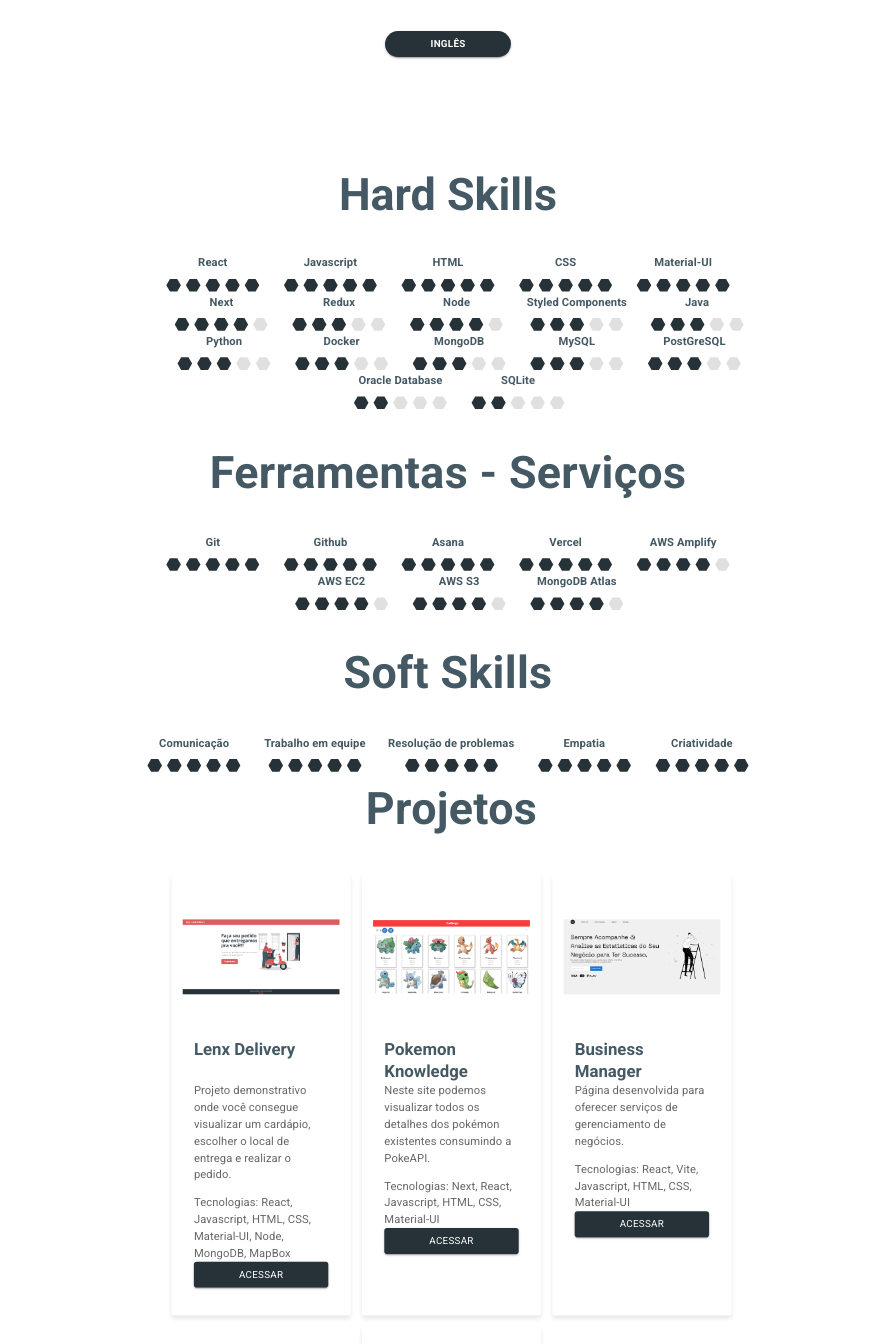
Repository: lenx0/myportfolio
Page: /
These files come from the project's save history. The page is drawn as it stood at one moment and after the next save; the edit follows.
The browser window is 1280 px wide. The pictures show the part of the page from y = 1628 to 3548 px (the page is 5166 px tall before and 5148 px after), at 70% of full size.
The project was rebuilt for these pictures with package versions that can differ from the ones it lists, and the page was loaded fresh each time. Also part of the build but not shown: vite.config.js.

Above is the page before, as saved 2024-06-14 10:29:23.

### index.html
<!doctype html>
<html lang="en">
  <head>
    <meta charset="UTF-8" />
    <link href="https://fonts.googleapis.com/css2?family=Roboto:wght@200;400;700;900&display=swap" rel="stylesheet">
    <meta name="viewport" content="width=device-width, initial-scale=1.0" />
    <title>Portfólio</title>
  </head>
  <body>
    <div id="root"></div>
    <script type="module" src="/src/main.jsx"></script>
  </body>
</html>

### src/main.jsx
import React from "react";
import ReactDOM from "react-dom/client";
import App from "./App.jsx";
import { ThemeProvider } from "@emotion/react";
import theme from "./components/Styles/theme";
import "swiper/css";
import "swiper/css/navigation";
import "swiper/css/pagination";

ReactDOM.createRoot(document.getElementById("root")).render(
  <React.StrictMode>
    <ThemeProvider theme={theme}>
      <App />
    </ThemeProvider>
  </React.StrictMode>
);

### src/App.jsx
import React from "react";
import { Box } from "@mui/material";
import Header from "./components/Header";
import Home from "./components/Home";
import About from "./components/About";
import Projects from "./components/Projects";
import "./global.css";
import Experience from "./components/Experiences";
import Footer from "./components/Footer";
import HardSkills from "./components/HardSkills";

function App() {
  const mainContainerStyle = {
    margin: "0 auto",
    padding: "0 10%",
    maxWidth: "1600px",
  };

  const aboutContainerStyle = {
    display: "flex",
    flexDirection: "column",
    alignItems: "center",
    padding: "0 10%",
    maxWidth: "1200px",
    margin: "0 auto",
  };

  return (
    <React.Fragment>
      <Box sx={mainContainerStyle}>
        <Header />
        <Home />
      </Box>
      <Box sx={aboutContainerStyle}>
        <About />
        <HardSkills />
      </Box>
      <Box sx={mainContainerStyle}>
        <Projects />
        <Experience />
      </Box>
      <Footer />
    </React.Fragment>
  );
}

export default App;

### src/components/Header/index.jsx
import React from "react";
import { Typography, Box, Link } from "@mui/material";
import Logo from "/assets/logos/logo.svg";
import GithubIcon from "/assets/icons/Github.svg";
import LinkedinIcon from "/assets/icons/Linkedin.svg";
import scrollToSection from "../Utility/scroll";

const Header = () => {
  const menuItems = [
    { label: "Home", id: "home-section" },
    { label: "Sobre", id: "about-section" },
    { label: "Projetos", id: "projects-section" },
    { label: "Experiências", id: "experience-section" },
    { label: "Habilidades", id: "hardskills-section" },
    { label: "Contato", id: "contact-section" },
  ];

  const headerStyles = {
    display: "flex",
    alignItems: "center",
    justifyContent: "space-between",
    mt: "20px",
    px: 2,
  };

  const logoContainerStyles = {
    display: "flex",
    alignItems: "center",
    flex: 1,
  };

  const menuContainerStyles = {
    display: { xs: "none", md: "flex" },
    gap: "24px",
    color: "#445964",
    flex: 2,
    justifyContent: "center",
  };

  const iconContainerStyles = {
    display: "flex",
    gap: 2,
    pl: 3,
    flex: 1,
    justifyContent: "flex-end",
  };

  return (
    <Box component="header" sx={headerStyles}>
      <Box sx={logoContainerStyles}>
        <Box
          component="img"
          src={Logo}
          alt="Logo"
          sx={{ width: { xs: "40px", md: "auto" } }}
        />
        <Typography
          sx={{
            fontSize: { xs: 24, md: 36 },
            color: "#445964",
            fontWeight: 700,
            ml: 2,
          }}
        >
          Thiago Beraldo
        </Typography>
      </Box>
      <Box sx={menuContainerStyles}>
        {menuItems.map((item) => (
          <Typography
            key={item.label}
            sx={{ cursor: "pointer", fontWeight: 700, px: 2 }}
            onClick={() => scrollToSection(item.id)}
          >
            {item.label}
          </Typography>
        ))}
      </Box>
      <Box sx={iconContainerStyles}>
        <Link href="https://github.com/lenx0">
          <img
            src={GithubIcon}
            alt="Github Icon"
            style={{ marginTop: "0.3rem" }}
          />
        </Link>
        <Link href="https://www.linkedin.com/in/thiagoberaldo06">
          <img src={LinkedinIcon} alt="LinkedIn Icon" />
        </Link>
      </Box>
    </Box>
  );
};

export default Header;

### src/components/Home/index.jsx
import React from "react";
import { Box, Button, Grid, Typography } from "@mui/material";
import HomeArt from "/assets/images/Art1.svg";
import scrollToSection from "../Utility/scroll";

const Home = () => {
  return (
    <Grid mt={5} container direction="row" alignItems="center" wrap="nowrap">
      <Grid item xs={12} md={6}>
        <Typography variant="h3" sx={{ fontWeight: 700, color: "#445964", mb: 5 }}>
          Desenvolvedor Front-End
        </Typography>
        <Typography variant="h6" sx={{ fontWeight: 700, color: "#445964", mb: 5 }}>
          Seja bem-vindo(a) ao meu portfólio
        </Typography>
        <Button
          variant="contained"
          onClick={() => scrollToSection('about-section')}
          sx={{
            fontSize: 18,
            backgroundColor: "#263138",
            width: 310,
            height: 65,
            borderRadius: 20,
            mb: 5,
          }}
        >
          Saiba mais sobre mim
        </Button>
      </Grid>
      <Grid item xs={12} md={6}>
        <Box display="flex" justifyContent="center">
          <img src={HomeArt} alt="Home Art" style={{ maxWidth: "100%" }} />
        </Box>
      </Grid>
    </Grid>
  );
};

export default Home;

### src/components/Projects/index.jsx
import React from "react";
import { Grid, Typography } from "@mui/material";
import CustomCard from "./card";

const projectsData = [
  {
    title: "Lenx Delivery",
    images: generateImageArray("delivery", 3),
    access: "https://front-lenxdelivery.vercel.app",
    description:
      "Projeto demonstrativo onde você consegue visualizar um cardápio, escolher o local de entrega e realizar o pedido.",
    technologies:
      "Tecnologias: React, Javascript, HTML, CSS, Material-UI, Node, MongoDB, MapBox",
  },
  {
    title: "Pokemon Knowledge",
    images: generateImageArray("poke", 5),
    access: "https://poke-wiki-front.vercel.app",
    description:
      "Neste site podemos visualizar todos os detalhes dos pokémon existentes consumindo a PokeAPI.",
    technologies:
      "Tecnologias: Next, React, Javascript, HTML, CSS, Material-UI",
  },
  {
    title: "Business Manager",
    images: generateImageArray("manager", 5),
    access: "https://business-manager-liard.vercel.app",
    description:
      "Página desenvolvida para oferecer serviços de gerenciamento de negócios.",
    technologies:
      "Tecnologias: React, Vite, Javascript, HTML, CSS, Material-UI",
  },
  {
    title: "Pokedex",
    images: generateImageArray("pokedex", 1),
    access: "https://pokedex-mu-ten.vercel.app",
    description: "Pokedex com sprites animadas",
    technologies: "Tecnologias: Javascript, HTML, CSS",
  },
];

function generateImageArray(prefix, count) {
  const images = [];
  for (let i = 1; i <= count; i++) {
    images.push(`/assets/images/${prefix}${i}.png`);
  }
  return images;
}

const Projects = () => {
  return (
    <Grid id="projects-section" container gap={2} m="10px 5px 20px 5px" justifyContent="center">
      <Grid container justifyContent="center">
        <Grid item>
          <Typography
            variant="h4"
            mb={5}
            fontSize={64}
            fontWeight={700}
            color="#445964"
          >
            Projetos
          </Typography>
        </Grid>
      </Grid>
      {projectsData.map((project, index) => (
        <Grid item xs={12} sm={6} md={4} lg={3} key={index}>
          <CustomCard
            title={project.title}
            access={project.access}
            images={project.images}
            description={project.description}
            technologies={project.technologies}
          />
        </Grid>
      ))}
    </Grid>
  );
};

export default Projects;

### src/global.css
body {
    margin: 0;
    padding: 0;
    box-sizing: border-box;
    font-family: 'Roboto', sans-serif;
}

### src/components/Experiences/index.jsx
import React from "react";
import { Box, Typography, Paper, Grid } from "@mui/material";

const Experience = () => {
  const experiences = [
    {
      title: "Desenvolvedor júnior",
      company: "Alto Giro",
      date: "01.2022 - 07-2022",
      resume:
        `Na Alto Giro atuei desenvolvendo microsserviços para facilitar alguns processos dentro da empresa como RH e almoxarifado
        Pude desenvolver interfaces web utilizando tecnologias de ponta como React e Javascript. Também desenvolvi API's utilizando Node, express e mongoDB,`,
    },
    {
      title: "Desenvolvedor Front-end júnior",
      company: "AG.labs",
      date: "07.2022 - 04-2024",
      resume: `Atuei em um projeto desenvolvendo o front-end para um ERP da TOTSV da fase inicial ao lançamento, sistema este que hoje é utilizado pelos
        representantes e clientes da empresa Alto Giro.
        O projeto foi desenvolvimento pensando na praticidade, e velocidade para realizar vendas.
        Na Black Friday de 2023 a empresa conseguiu transacionar mais de 15 mil pedidos,
        alcançando um valor surpreendente de mais de 13 milhões.
        Possuo facilidade na resolução de problemas, boa comunicação, sei liderar quando
        necessário, me adapto bem a diferentes tecnologias, e o mais importante, tenho
        atitude positiva `,
    },
  ];

  return (
    <Box id="experience-section" sx={{ mt: 10, textAlign: "center", px: 2 }}>
      <Box height="auto">
        <Typography variant="h2" fontWeight={700} color="#445964">
          Experiência
        </Typography>
        <Typography
          variant="h4"
          fontWeight={700}
          color="#263138"
        >
          Profissional
        </Typography>
      </Box>
      <Typography sx={{ mt: 2, color: "#445964", fontSize: 16 }}>
        Minha jornada é curta, mas de muita dedicação e resiliência
      </Typography>
      <Grid container spacing={2} sx={{ mt: 5 }}>
        {experiences.map((experience, index) => (
          <Grid item xs={12} md={6} key={index}>
            <Paper
              elevation={3}
              sx={{
                p: 3,
                minHeight: "28vh",
                backgroundColor: "#263138",
                color: "white",
              }}
            >
              <Typography variant="h6" fontWeight={700}>
                {experience.title}
              </Typography>
              <Typography variant="h6" >
                {`${experience.company} - ${experience.date}`}
              </Typography>
              <Typography sx={{ mt: 1 }}>{experience.resume}</Typography>
            </Paper>
          </Grid>
        ))}
      </Grid>
      <Box sx={{ mt: 5 }}>
        <img src="/assets/icons/Quote.png" />
        <Typography
          sx={{ mt: 2, fontWeight: 700, fontSize: 18, color: "#445964" }}
        >
          “A mente que se abre a uma nova ideia jamais voltará ao seu tamanho
          original”
        </Typography>
        <Typography
          sx={{ mt: 2, fontSize: 18, fontWeight: 700, color: "#445964" }}
        >
          ~ Albert Einstein
        </Typography>
      </Box>
    </Box>
  );
};

export default Experience;

### src/components/Footer/index.jsx
import React from 'react';
import { Box, Link, Typography } from '@mui/material';
import FacebookIcon from '@mui/icons-material/Facebook';
import CopyrightIcon from '@mui/icons-material/Copyright';
import GitHubIcon from '@mui/icons-material/GitHub';
import LinkedInIcon from '@mui/icons-material/LinkedIn';

const Footer = () => {
    return (
        <Box id="contact-section" height="120px" mt={10} bgcolor="#263138" display="flex" flexDirection="column" alignItems="center" justifyContent="space-between">
            <Box flex={1} display="flex" justifyContent="center" alignItems="center">
                <Link href="https://www.facebook.com.br">
                    <FacebookIcon sx={{ color: '#ffffff', mx: 1 }} />
                </Link>
                <Link href="https://github.com/lenx0">
                    <GitHubIcon sx={{ color: '#ffffff', mx: 1 }} />
                </Link>
                <Link href="https://www.linkedin.com/in/thiagoberaldo06/">
                    <LinkedInIcon sx={{ color: '#ffffff', mx: 1 }} />
                </Link>
            </Box>
            <Typography color="#ffffff" mb={1} display="flex" alignItems="center">
                Todos os direitos reservados <CopyrightIcon sx={{ ml: 0.5, width: 15, height: 15, color: '#ffffff' }} />
            </Typography>
        </Box>
    );
}

export default Footer;

### src/components/HardSkills/index.jsx
import { Stack, Typography } from "@mui/material";
import SkillRating from "./rating";

const HardSkills = () => {
  return (
    <Stack id="hardskills-section" direction="row" gap={6} flexWrap="wrap" justifyContent="center">
      <Typography variant="h3" fontSize={64} fontWeight={700} color="#445964">
        Hard Skills
      </Typography>
      <Stack direction="row" spacing={4} flexWrap="wrap" p="0 50px 0 50px" justifyContent="center">
        <SkillRating skill="React" rating={5} />
        <SkillRating skill="Javascript" rating={5} />
        <SkillRating skill="HTML" rating={5} />
        <SkillRating skill="CSS" rating={5} />
        <SkillRating skill="Material-UI" rating={5} />
        <SkillRating skill="Next" rating={4} />
        <SkillRating skill="Redux" rating={3} />
        <SkillRating skill="Node" rating={4} />
        <SkillRating skill="Styled Components" rating={3} />
        <SkillRating skill="Java" rating={3} />
        <SkillRating skill="Python" rating={3} />
        <SkillRating skill="Docker" rating={3} />
        <SkillRating skill="MongoDB" rating={3} />
        <SkillRating skill="MySQL" rating={3} />
        <SkillRating skill="PostGreSQL" rating={3} />
        <SkillRating skill="Oracle Database" rating={2} />
        <SkillRating skill="SQLite" rating={2} />
      </Stack>
      <Typography variant="h4" fontSize={64} fontWeight={700} color="#445964">
        Ferramentas - Serviços
      </Typography>
      <Stack direction="row" spacing={4} flexWrap="wrap" p="0 50px 0 50px" justifyContent="center">
        <SkillRating skill="Git" rating={5} />
        <SkillRating skill="Github" rating={5} />
        <SkillRating skill="Asana" rating={5} />
        <SkillRating skill="Vercel" rating={5} />
        <SkillRating skill="AWS Amplify" rating={4} />
        <SkillRating skill="AWS EC2" rating={4} />
        <SkillRating skill="AWS S3" rating={4} />
        <SkillRating skill="MongoDB Atlas" rating={4} />
      </Stack>
      <Typography variant="h4" fontSize={64} fontWeight={700} color="#445964">
        Soft Skills
      </Typography>
      <Stack direction="row" spacing={4} flexWrap="wrap" p="0 50px 0 50px" justifyContent="center">
        <SkillRating skill="Comunicação" rating={5} />
        <SkillRating skill="Trabalho em equipe" rating={5} />
        <SkillRating skill="Resolução de problemas" rating={5} />
        <SkillRating skill="Empatia" rating={5} />
        <SkillRating skill="Criatividade" rating={5} />
      </Stack>
    </Stack>
  )

};

export default HardSkills;

### src/components/About/hexagon.jsx
import { Box, styled } from "@mui/material";

const HexagonContainer = styled(Box)(({ theme }) => ({
    // width: "100px",
    // height: "115.47px",
    width: "200px",
    height: "230.94px",
    // width: "300px",
    // height: "346.41px",
    position: "relative",
    clipPath: "polygon(50% 0%, 100% 25%, 100% 75%, 50% 100%, 0% 75%, 0% 25%)",
    "& img": {
      width: "100%",
      height: "100%",
      objectFit: "cover",
      clipPath: "inherit",
    },
  }));

  export default HexagonContainer

### src/components/Projects/card.jsx
import React, { useState } from "react";
import {
  Card,
  CardContent,
  CardMedia,
  Typography,
  Box,
  Link,
  Button,
} from "@mui/material";
import ImageDialog from "./imageDialog";

const CustomCard = ({ title, access, images, description, technologies }) => {
  const [currentImageIndex, setCurrentImageIndex] = useState(0);
  const [dialogOpen, setDialogOpen] = useState(false);

  const handleNextImage = () => {
    setCurrentImageIndex((prevIndex) =>
      prevIndex + 1 < images.length ? prevIndex + 1 : prevIndex
    );
  };

  const handlePrevImage = () => {
    setCurrentImageIndex((prevIndex) =>
      prevIndex - 1 >= 0 ? prevIndex - 1 : prevIndex
    );
  };

  const handleImageClick = () => {
    setDialogOpen(true);
  };

  const handleDialogClose = () => {
    setDialogOpen(false);
  };

  return (
    <Card
      sx={{
        height: "100%",
        display: "flex",
        flexDirection: "column",
        boxShadow: "0 4px 6px rgba(0, 0, 0, 0.1)",
        transition: "0.30s",
        "&:hover": {
          boxShadow: "0 8px 16px rgba(0, 0, 0, 0.2)",
        },
      }}
    >
      <Box sx={{ p: 2 }}>
        <CardMedia
          component="img"
          width="100%"
          height="200"
          image={images[currentImageIndex]}
          alt={title}
          onClick={handleImageClick}
          sx={{
            cursor: "pointer",
            objectFit: "contain",
            transition: "0.30s",
            "&:hover": {
              border: "1px solid #263138",
            },
          }}
        />
        <CardContent sx={{ flexGrow: 1 }}>
          <Box width="100%" minHeight="15rem">
            <Typography
              variant="h5"
              component="div"
              sx={{ fontWeight: 700, color: "#445964", minHeight: 64 }}
            >
              {title}
            </Typography>
            <Typography color="text.secondary">{description}</Typography>
            <Typography mt={2} color="text.secondary">
              {technologies}
            </Typography>
          </Box>
          <Link href={access} sx={{ textDecoration: "none" }}>
            <Box>
              <Button
                variant="contained"
                sx={{ width: "100%", backgroundColor: "#263138" }}
              >
                Acessar
              </Button>
            </Box>
          </Link>
        </CardContent>
      </Box>
      <ImageDialog
        dialogOpen={dialogOpen}
        handleDialogClose={handleDialogClose}
        images={images}
        currentImageIndex={currentImageIndex}
        handleNextImage={handleNextImage}
        handlePrevImage={handlePrevImage}
        title={title}
        description={description}
      />
    </Card>
  );
};

export default CustomCard;

### src/components/HardSkills/rating.jsx
import { Hexagon } from "@mui/icons-material";
import { Stack, SvgIcon, Typography } from "@mui/material";

const SkillRating = ({ skill, rating }) => {
  return (
    <Stack direction="column" alignItems="center" spacing={1}>
      <Typography fontSize={16} fontWeight={700} color="#445964">
        {skill}
      </Typography>
      <Stack direction="row" spacing={0.5}>
        {Array.from({ length: 5 }).map((_, index) => (
          <SvgIcon
            key={index}
            component={Hexagon}
            style={{ color: index < rating ? "#263138" : "#E0E0E0" }}
          />
        ))}
      </Stack>
    </Stack>
  );
};

export default SkillRating

### src/components/Projects/imageDialog.jsx
import { ArrowBackIos, ArrowForwardIos, Close } from "@mui/icons-material";
import { Box, CardMedia, Dialog, DialogContent, IconButton, Typography } from "@mui/material";

const ImageDialog = ({
    dialogOpen,
    handleDialogClose,
    images,
    currentImageIndex,
    handleNextImage,
    handlePrevImage,
    title,
    description,
  }) => (
    <Dialog
      open={dialogOpen}
      onClose={handleDialogClose}
      maxWidth="md"
      fullWidth
    >
      <DialogContent
        sx={{
          position: "relative",
          display: "flex",
          flexDirection: "column",
          alignItems: "center",
        }}
      >
        <IconButton
          onClick={handleDialogClose}
          sx={{ position: "absolute", top: 8, right: 8 }}
        >
          <Close />
        </IconButton>
        <CardMedia
          component="img"
          height="400"
          image={images[currentImageIndex]}
          alt={title}
          sx={{ objectFit: "contain", mb: 2 }}
        />
        <Typography variant="h5" component="div" sx={{ minHeight: 64 }}>
          {title}
        </Typography>
        <Typography
          variant="body2"
          color="text.secondary"
          sx={{ textAlign: "center", mb: 2 }}
        >
          {description}
        </Typography>
        <Box display="flex" justifyContent="space-between" width="100%">
          <IconButton
            onClick={handlePrevImage}
            disabled={currentImageIndex === 0}
          >
            <ArrowBackIos />
          </IconButton>
          <IconButton
            onClick={handleNextImage}
            disabled={currentImageIndex === images.length - 1}
          >
            <ArrowForwardIos />
          </IconButton>
        </Box>
      </DialogContent>
    </Dialog>
  );

  export default ImageDialog

Loaded but not shown: src/components/Styles/theme.js (14 lines, source omitted); src/components/Utility/scroll.js (8 lines, source omitted); src/components/About/index.jsx (107 lines, source omitted)

After the next save:
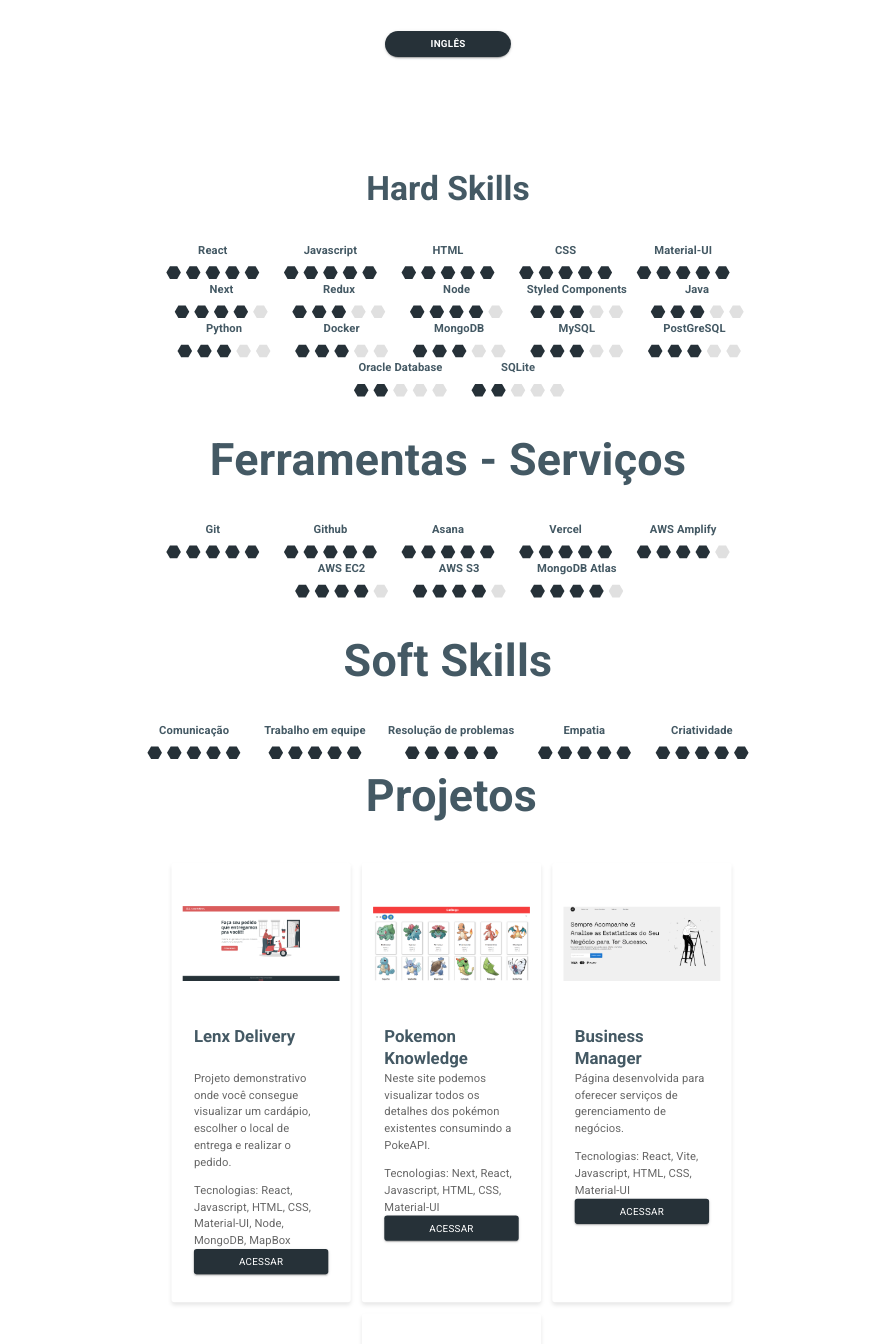
Saved 5 s later.
--- a/src/components/HardSkills/index.jsx
+++ b/src/components/HardSkills/index.jsx
@@ -4,7 +4,7 @@
 const HardSkills = () => {
   return (
     <Stack id="hardskills-section" direction="row" gap={6} flexWrap="wrap" justifyContent="center">
-      <Typography variant="h3" fontSize={64} fontWeight={700} color="#445964">
+      <Typography variant="h3" fontWeight={700} color="#445964">
         Hard Skills
       </Typography>
       <Stack direction="row" spacing={4} flexWrap="wrap" p="0 50px 0 50px" justifyContent="center">
